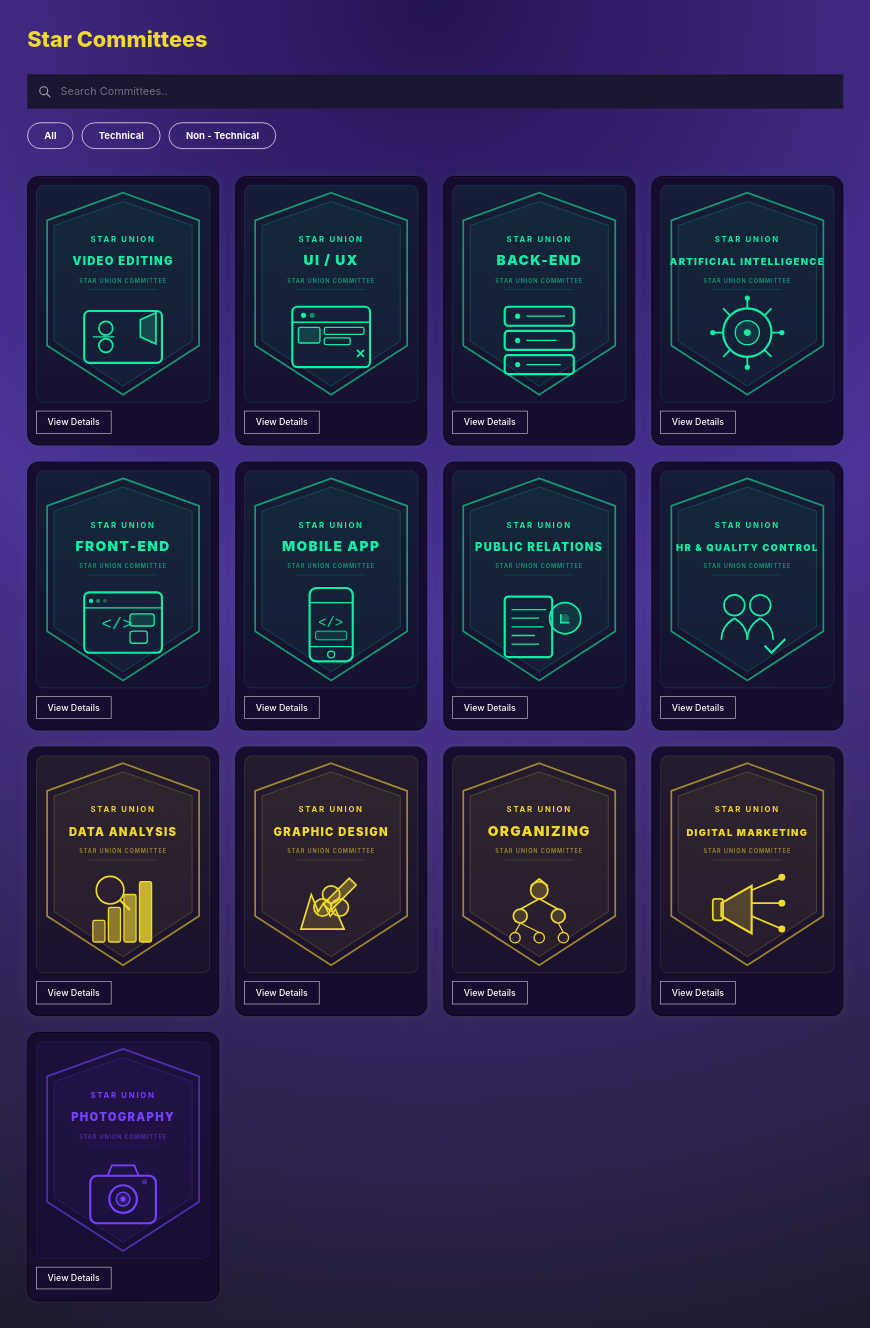
Repository: Frontend-Committee/StarUnion-Website
Page: /committees
An editor plug-in stored every save of this project. The page is shown before and after a run of saves, followed by the edit.
The browser window is 1280 px wide. The pictures show the whole page, at 68% of full size.
The project was rebuilt for these pictures with package versions that can differ from the ones it lists, and the page was loaded fresh each time. Also part of the build but not shown: vite.config.js, src/features/committees/pages/CommitteeDetailsPage.jsx, src/components/common/Navbar.jsx, src/components/common/Footer.jsx.

Above is the page before, as saved 2026-02-26 02:51:32.

After the next 2 saves:
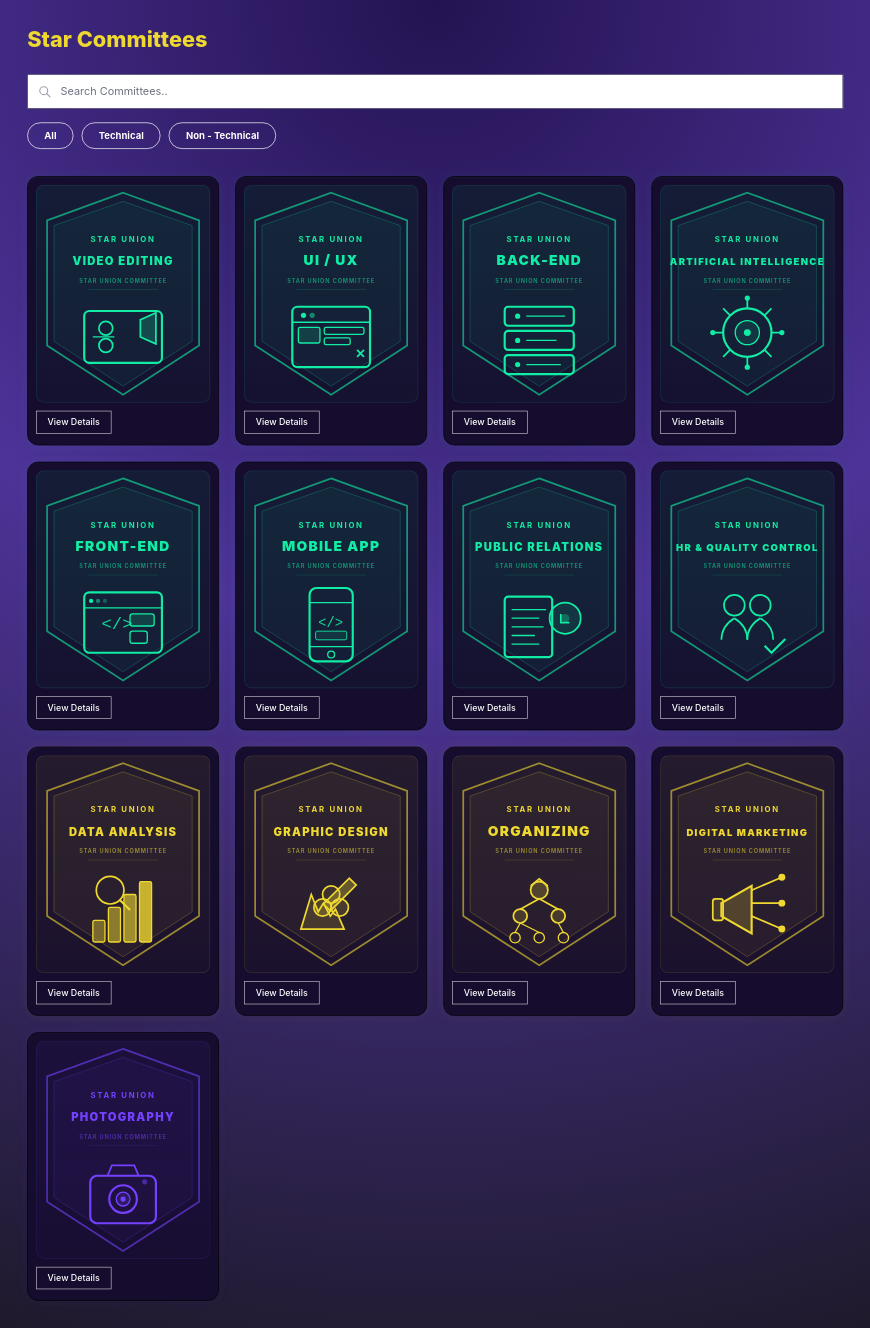
The 2 saves are shown as one change because they came seconds apart.
The last was saved 23 s later.
--- a/src/features/committees/pages/CommitteesPage.jsx
+++ b/src/features/committees/pages/CommitteesPage.jsx
@@ -62,7 +62,7 @@ export default function CommitteesPage() {
               placeholder="Search Committees.."
               value={searchQuery}
               onChange={(e) => setSearchQuery(e.target.value)}
-              className="w-full bg-[#1a1530] text-white pl-12 pr-4 py-3 rounded-lg border border-[#2a2050] focus:border-primary focus:outline-none placeholder-gray-500 text-body font-normal transition-colors"
+              className="w-full  text-white pl-12 pr-4 py-3 rounded-lg border border-[#2a2050] focus:border-primary focus:outline-none placeholder-gray-500 text-body font-normal transition-colors"
             />
           </div>
         </ScrollAnimation>
